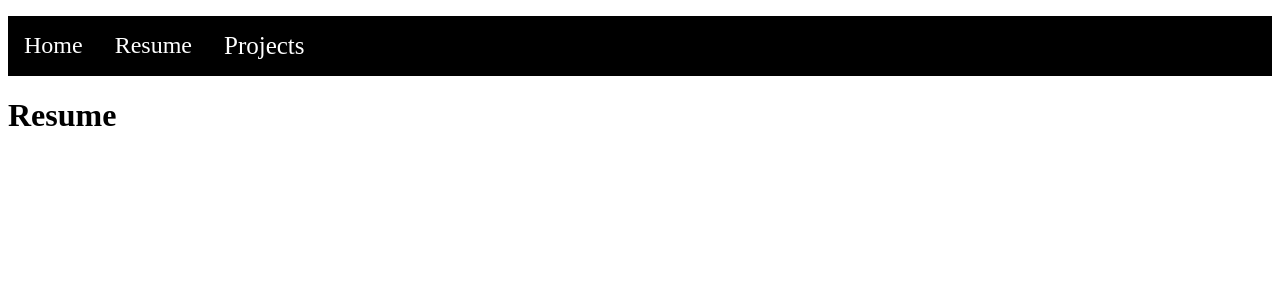
Repository: GunnarStone/GunnarStone.github.io
Page: project1.html
The author's editor kept a record of every edit. The page is drawn from the files as they stood at one moment, then again after the next edit.
The browser window is 1280 px wide. The pictures show the whole page.

Above is the page before.

After the next edit:
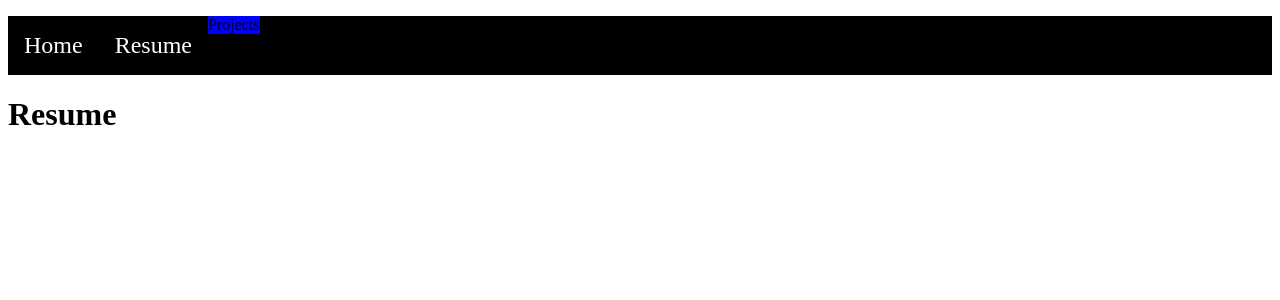
The edit:
--- a/project1.html
+++ b/project1.html
@@ -9,7 +9,7 @@
         <li><a href="index.html">Home</a></li>
         <li><a href="resume.html">Resume</a></li>
         <li class="dropdown">
-            <div class="youre-Special" >Projects</div>
+            <div class="active" class="youre-Special" >Projects</div>
             <ul class="dropdown-cnt">
                 <li><a href="project1.html">Project One</a></li>
                 <li><a href="project2.html">Project Two</a></li>
